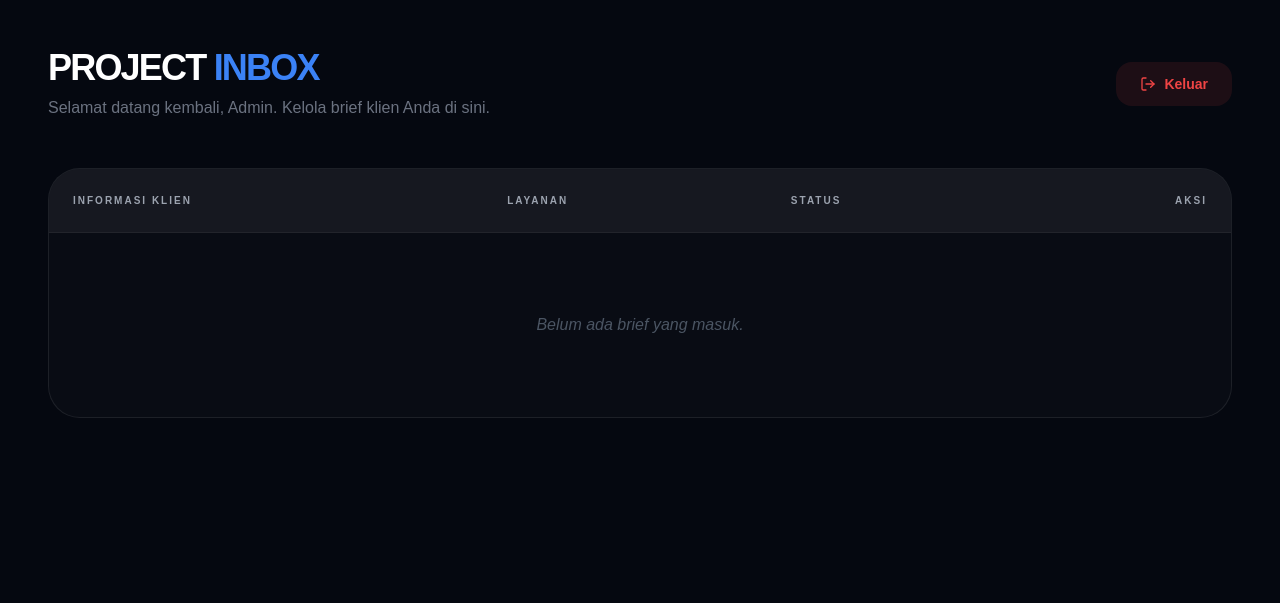
Repository: zhr-nabila/ClientBrief
Page: http://localhost/admin/index.php?status=Pending
These files come from the project's save history. The page is drawn as it stood at one moment and after the next save; the edit follows.
The browser window is 1280 px wide. The pictures show the whole page.
Some web fonts or font styles are not loaded; a fallback is used. Some web libraries are served in a nearby version. The page is run by PHP 8.4 with error messages shown; the project is at /var/www/html/. The session is filled in as if someone had signed in: {"admin_logged_in": true}. Other server files are loaded and not shown. Queries for data that is not in the repository find no rows.

Above is the page before, as saved 2026-01-14 21:17:26.

### admin/index.php
<?php
include 'auth.php'; // Memastikan admin sudah login
include '../includes/koneksi.php'; // Path naik satu level ke folder includes

// Ambil data projek terbaru
$query = mysqli_query($koneksi, "SELECT * FROM tb_projek ORDER BY tgl_input DESC");
?>
<!DOCTYPE html>
<html lang="id">

<head>
    <meta charset="UTF-8">
    <meta name="viewport" content="width=device-width, initial-scale=1.0">
    <title>Dashboard Admin | Z-STUDIO</title>
    <script src="https://cdn.tailwindcss.com"></script>
    <script src="https://unpkg.com/lucide@latest"></script>
    <link href="https://fonts.googleapis.com/css2?family=Plus+Jakarta+Sans:wght@400;600;800&display=swap" rel="stylesheet">
    <style>
        body {
            background-color: #050810;
            font-family: 'Plus Jakarta Sans', sans-serif;
            color: white;
            overflow-x: hidden;
        }

        .glass-card {
            background: rgba(255, 255, 255, 0.02);
            border: 1px solid rgba(255, 255, 255, 0.08);
        }

        .no-scrollbar::-webkit-scrollbar { display: none; }
        .no-scrollbar { -ms-overflow-style: none; scrollbar-width: none; }
    </style>
</head>

<body class="p-6 md:p-12">

    <div class="max-w-7xl mx-auto">
        <div class="flex flex-col md:flex-row justify-between items-start md:items-center mb-12 gap-6">
            <div>
                <h1 class="text-4xl font-black tracking-tighter uppercase">Project <span class="text-blue-500">Inbox</span></h1>
                <p class="text-gray-500 mt-2">Selamat datang kembali, Admin. Kelola brief klien Anda di sini.</p>
            </div>
            <a href="logout.php" class="flex items-center gap-2 px-6 py-3 bg-red-500/10 text-red-500 rounded-2xl hover:bg-red-500 hover:text-white transition-all font-bold text-sm">
                <i data-lucide="log-out" class="w-4 h-4"></i> Keluar
            </a>
        </div>

        <div class="glass-card rounded-[32px] overflow-hidden">
            <div class="overflow-x-auto no-scrollbar">
                <table class="w-full text-left border-collapse">
                    <thead>
                        <tr class="bg-white/5 border-b border-white/5">
                            <th class="p-6 text-[10px] uppercase tracking-[0.2em] text-gray-400 font-bold">Informasi Klien</th>
                            <th class="p-6 text-[10px] uppercase tracking-[0.2em] text-gray-400 font-bold">Layanan</th>
                            <th class="p-6 text-[10px] uppercase tracking-[0.2em] text-gray-400 font-bold">Status</th>
                            <th class="p-6 text-[10px] uppercase tracking-[0.2em] text-gray-400 font-bold text-right">Aksi</th>
                        </tr>
                    </thead>
                    <tbody class="divide-y divide-white/5">
                        <?php if (mysqli_num_rows($query) > 0): ?>
                            <?php while ($row = mysqli_fetch_assoc($query)): ?>
                                <tr class="hover:bg-white/[0.02] transition-colors group">
                                    <td class="p-6">
                                        <div class="font-bold text-lg tracking-tight"><?= htmlspecialchars($row['nama_klien']) ?></div>
                                        <div class="text-sm text-gray-500 flex items-center gap-2 mt-1">
                                            <i data-lucide="mail" class="w-3 h-3"></i> <?= htmlspecialchars($row['email_klien']) ?>
                                        </div>
                                        <div class="text-[11px] text-blue-400 font-bold mt-1 tracking-wider uppercase">
                                            <?= htmlspecialchars($row['no_telepon']) ?>
                                        </div>
                                    </td>
                                    <td class="p-6">
                                        <div class="text-sm font-semibold"><?= htmlspecialchars($row['jasa_pilihan']) ?></div>
                                        <div class="text-[10px] text-gray-600 mt-1 uppercase tracking-widest">
                                            Masuk: <?= date('d M Y', strtotime($row['tgl_input'])) ?>
                                        </div>
                                    </td>
                                    <td class="p-6">
                                        <?php
                                        $statusClass = [
                                            'Pending' => 'bg-orange-500/10 text-orange-500',
                                            'Disetujui' => 'bg-green-500/10 text-green-500',
                                            'Ditolak' => 'bg-red-500/10 text-red-500',
                                            'Dalam Pengerjaan' => 'bg-blue-500/10 text-blue-500',
                                            'Selesai' => 'bg-purple-500/10 text-purple-500'
                                        ];
                                        $cls = $statusClass[$row['status']] ?? 'bg-gray-500/10 text-gray-500';
                                        ?>
                                        <span class="px-4 py-1.5 rounded-full text-[10px] font-black uppercase tracking-tighter <?= $cls ?>">
                                            <?= $row['status'] ?>
                                        </span>
                                    </td>
                                    <td class="p-6 text-right">
                                        <div class="flex justify-end gap-2 opacity-0 group-hover:opacity-100 transition-opacity">

                                            <button onclick="showDetail('<?= addslashes($row['kebutuhan_detail']) ?>')" class="p-3 bg-white/5 rounded-xl hover:bg-blue-600 transition-all">
                                                <i data-lucide="eye" class="w-4 h-4"></i>
                                            </button>

                                            <?php if (!empty($row['nama_file'])): ?>
                                                <a href="../uploads/<?= $row['nama_file'] ?>" target="_blank" class="p-3 bg-white/5 rounded-xl hover:bg-green-600 transition-all text-green-400 hover:text-white" title="Lihat Foto">
                                                    <i data-lucide="image" class="w-4 h-4"></i>
                                                </a>
                                            <?php else: ?>
                                                <button class="p-3 bg-white/5 rounded-xl opacity-30 cursor-not-allowed" title="Tidak ada foto">
                                                    <i data-lucide="image-off" class="w-4 h-4"></i>
                                                </button>
                                            <?php endif; ?>

                                            <a href="edit_projek.php?id=<?= $row['id'] ?>" class="p-3 bg-white/5 rounded-xl hover:bg-white/20 transition-all">
                                                <i data-lucide="edit-3" class="w-4 h-4"></i>
                                            </a>
                                        </div>
                                    </td>
                                </tr>
                            <?php endwhile; ?>
                        <?php else: ?>
                            <tr>
                                <td colspan="4" class="p-20 text-center text-gray-600 italic">Belum ada brief yang masuk.</td>
                            </tr>
                        <?php endif; ?>
                    </tbody>
                </table>
            </div>
        </div>
    </div>

    <script>
        lucide.createIcons();
        function showDetail(text) {
            alert("DETAIL KEBUTUHAN:\n\n" + text);
        }
    </script>
</body>
</html>

### admin/auth.php
<?php
session_start();
if (!isset($_SESSION['admin_logged_in']) || $_SESSION['admin_logged_in'] !== true) {
    header("Location: login.php");
    exit();
}
?>

### includes/koneksi.php
<?php
$host = "localhost";
$user = "root";
$pass = "";
$db   = "db_client_brief";

$koneksi = mysqli_connect($host, $user, $pass, $db);

if (!$koneksi) {
    die("Koneksi gagal: " . mysqli_connect_error());
}
?>

After the next save:
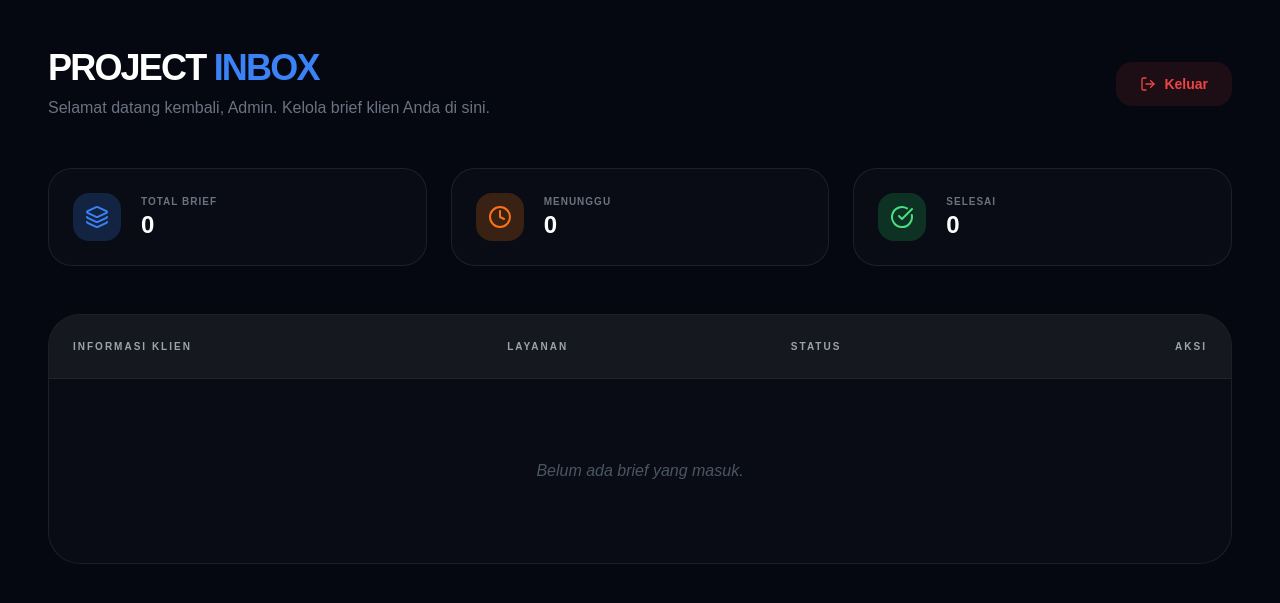
Saved 3 min 36 s later.
--- a/admin/index.php
+++ b/admin/index.php
@@ -1,8 +1,13 @@
 <?php
 include 'auth.php'; // Memastikan admin sudah login
-include '../includes/koneksi.php'; // Path naik satu level ke folder includes
+include '../includes/koneksi.php'; // Koneksi ke database
 
-// Ambil data projek terbaru
+// 1. Logika Pengambilan Data Statistik
+$total_projek = mysqli_num_rows(mysqli_query($koneksi, "SELECT id FROM tb_projek"));
+$pending      = mysqli_num_rows(mysqli_query($koneksi, "SELECT id FROM tb_projek WHERE status='Pending'"));
+$selesai      = mysqli_num_rows(mysqli_query($koneksi, "SELECT id FROM tb_projek WHERE status='Selesai'"));
+
+// 2. Ambil data projek terbaru untuk tabel
 $query = mysqli_query($koneksi, "SELECT * FROM tb_projek ORDER BY tgl_input DESC");
 ?>
 <!DOCTYPE html>
@@ -16,18 +21,8 @@
     <script src="https://unpkg.com/lucide@latest"></script>
     <link href="https://fonts.googleapis.com/css2?family=Plus+Jakarta+Sans:wght@400;600;800&display=swap" rel="stylesheet">
     <style>
-        body {
-            background-color: #050810;
-            font-family: 'Plus Jakarta Sans', sans-serif;
-            color: white;
-            overflow-x: hidden;
-        }
-
-        .glass-card {
-            background: rgba(255, 255, 255, 0.02);
-            border: 1px solid rgba(255, 255, 255, 0.08);
-        }
-
+        body { background-color: #050810; font-family: 'Plus Jakarta Sans', sans-serif; color: white; }
+        .glass-card { background: rgba(255, 255, 255, 0.02); border: 1px solid rgba(255, 255, 255, 0.08); }
         .no-scrollbar::-webkit-scrollbar { display: none; }
         .no-scrollbar { -ms-overflow-style: none; scrollbar-width: none; }
     </style>
@@ -44,6 +39,38 @@
             <a href="logout.php" class="flex items-center gap-2 px-6 py-3 bg-red-500/10 text-red-500 rounded-2xl hover:bg-red-500 hover:text-white transition-all font-bold text-sm">
                 <i data-lucide="log-out" class="w-4 h-4"></i> Keluar
             </a>
+        </div>
+
+        <div class="grid grid-cols-1 md:grid-cols-3 gap-6 mb-12">
+            <div class="glass-card p-6 rounded-[24px] flex items-center gap-5">
+                <div class="w-12 h-12 bg-blue-500/20 rounded-2xl flex items-center justify-center text-blue-500">
+                    <i data-lucide="layers" class="w-6 h-6"></i>
+                </div>
+                <div>
+                    <p class="text-[10px] uppercase tracking-widest text-gray-500 font-bold">Total Brief</p>
+                    <h3 class="text-2xl font-black"><?= $total_projek ?></h3>
+                </div>
+            </div>
+
+            <div class="glass-card p-6 rounded-[24px] flex items-center gap-5">
+                <div class="w-12 h-12 bg-orange-500/20 rounded-2xl flex items-center justify-center text-orange-500">
+                    <i data-lucide="clock" class="w-6 h-6"></i>
+                </div>
+                <div>
+                    <p class="text-[10px] uppercase tracking-widest text-gray-500 font-bold">Menunggu</p>
+                    <h3 class="text-2xl font-black"><?= $pending ?></h3>
+                </div>
+            </div>
+
+            <div class="glass-card p-6 rounded-[24px] flex items-center gap-5">
+                <div class="w-12 h-12 bg-green-500/20 rounded-2xl flex items-center justify-center text-green-400">
+                    <i data-lucide="check-circle" class="w-6 h-6"></i>
+                </div>
+                <div>
+                    <p class="text-[10px] uppercase tracking-widest text-gray-500 font-bold">Selesai</p>
+                    <h3 class="text-2xl font-black"><?= $selesai ?></h3>
+                </div>
+            </div>
         </div>
 
         <div class="glass-card rounded-[32px] overflow-hidden">
@@ -94,21 +121,21 @@
                                     <td class="p-6 text-right">
                                         <div class="flex justify-end gap-2 opacity-0 group-hover:opacity-100 transition-opacity">
 
-                                            <button onclick="showDetail('<?= addslashes($row['kebutuhan_detail']) ?>')" class="p-3 bg-white/5 rounded-xl hover:bg-blue-600 transition-all">
+                                            <button onclick="showDetail('<?= addslashes($row['kebutuhan_detail']) ?>')" class="p-3 bg-white/5 rounded-xl hover:bg-blue-600 transition-all" title="Lihat Detail Brief">
                                                 <i data-lucide="eye" class="w-4 h-4"></i>
                                             </button>
 
                                             <?php if (!empty($row['nama_file'])): ?>
-                                                <a href="../uploads/<?= $row['nama_file'] ?>" target="_blank" class="p-3 bg-white/5 rounded-xl hover:bg-green-600 transition-all text-green-400 hover:text-white" title="Lihat Foto">
+                                                <a href="../Uploads/<?= $row['nama_file'] ?>" target="_blank" class="p-3 bg-white/5 rounded-xl hover:bg-green-600 transition-all text-green-400 hover:text-white" title="Lihat Foto Lampiran">
                                                     <i data-lucide="image" class="w-4 h-4"></i>
                                                 </a>
                                             <?php else: ?>
-                                                <button class="p-3 bg-white/5 rounded-xl opacity-30 cursor-not-allowed" title="Tidak ada foto">
+                                                <button class="p-3 bg-white/5 rounded-xl opacity-30 cursor-not-allowed" title="Tidak ada lampiran">
                                                     <i data-lucide="image-off" class="w-4 h-4"></i>
                                                 </button>
                                             <?php endif; ?>
 
-                                            <a href="edit_projek.php?id=<?= $row['id'] ?>" class="p-3 bg-white/5 rounded-xl hover:bg-white/20 transition-all">
+                                            <a href="edit_projek.php?id=<?= $row['id'] ?>" class="p-3 bg-white/5 rounded-xl hover:bg-white/20 transition-all" title="Kelola Proyek">
                                                 <i data-lucide="edit-3" class="w-4 h-4"></i>
                                             </a>
                                         </div>
@@ -128,8 +155,9 @@
 
     <script>
         lucide.createIcons();
+
         function showDetail(text) {
-            alert("DETAIL KEBUTUHAN:\n\n" + text);
+            alert("DETAIL KEBUTUHAN KLIEN:\n\n" + text);
         }
     </script>
 </body>
